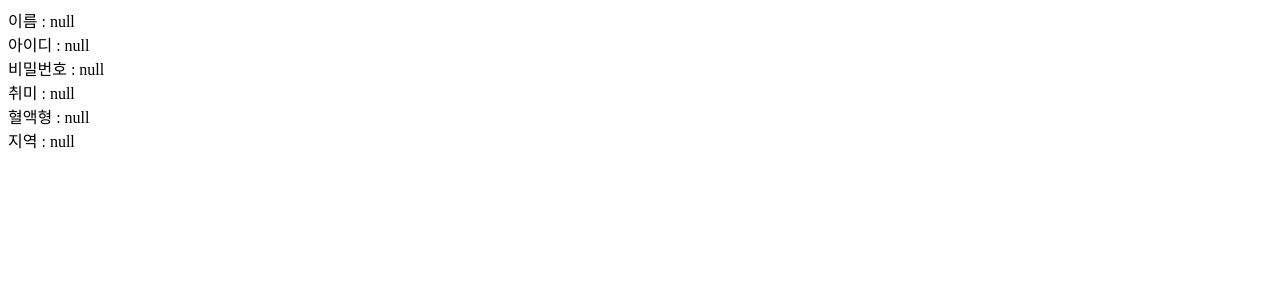
Repository: HeeMang28/jsp
Page: http://localhost/JSPBasic/jspobject/request/req_user.jsp
These files come from the project's save history. The page is drawn as it stood at one moment and after the next save; the edit follows.
The browser window is 1280 px wide. The pictures show the whole page.
The page is served by Tomcat 9.

Above is the page before, as saved 2022-03-25 13:36:44.

After the next save:
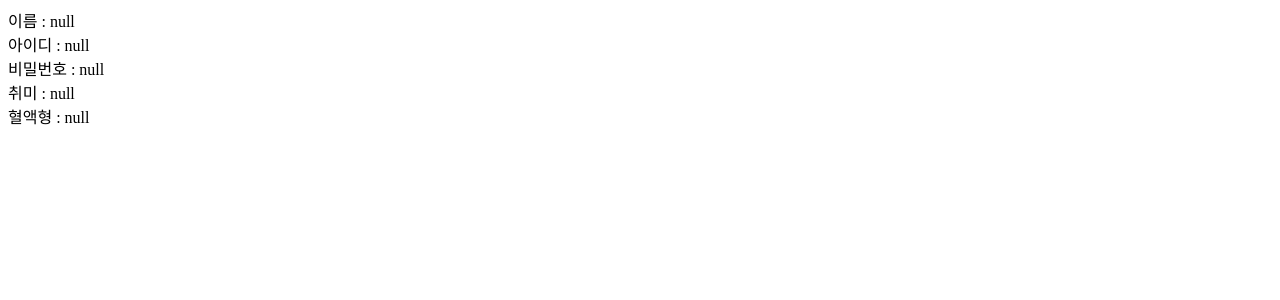
Saved 4 s later.
--- a/JSPBasic/src/main/webapp/jspobject/request/req_user.jsp
+++ b/JSPBasic/src/main/webapp/jspobject/request/req_user.jsp
@@ -23,6 +23,6 @@
 	비밀번호 : <%= upw %><br/>
 	취미 : <%= Arrays.toString(hobby) %><br/> <%-- 배열의 경우 Arrays.toString(출력배열)로 나열할수 있다. --%>
 	혈액형 : <%= blood %><br/>
-	지역 : <%= region %>
+
 </body>
 </html>
